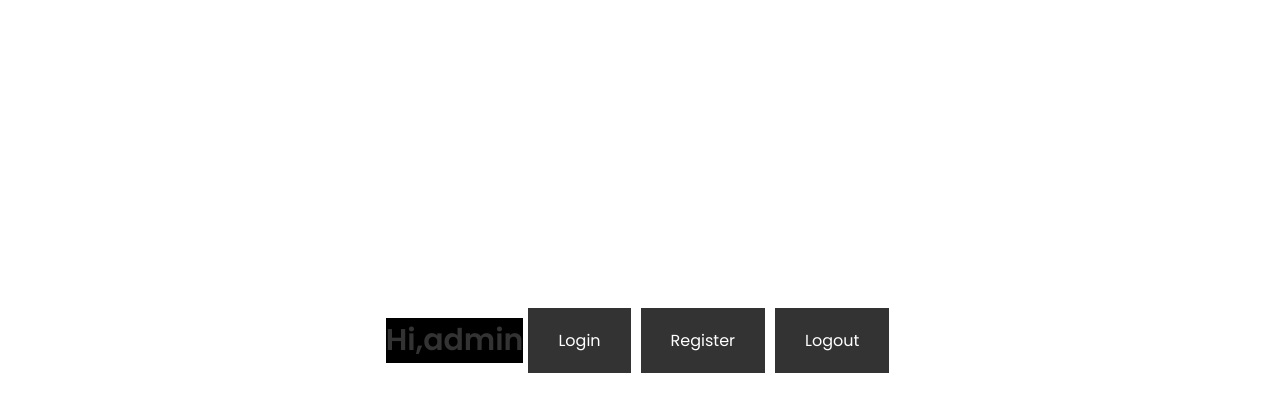
Repository: yennobita/FPT-PHP1
Page: http://localhost/user/admin_page.php
An editor plug-in stored every save of this project. The page is shown before and after the next save, followed by the edit.
The browser window is 1280 px wide. The pictures show the whole page.
The page is run by PHP 8.4 with error messages shown; the project is at /var/www/html/.

Above is the page before, as saved 2022-07-24 19:47:15.

### ASM_PHP1/user/admin_page.php
<!DOCTYPE html>
<html lang="en">
<head>
    <meta charset="UTF-8">
    <meta http-equiv="X-UA-Compatible" content="IE=edge">
    <meta name="viewport" content="width=device-width, initial-scale=1.0">
    <link rel="stylesheet" href="/css/user.css">

    <title>admin</title>
    <style>
        @import url("https://fonts.googleapis.com/css2?family=Poppins:wght@100;200;300;400;500;600&display=swap");
    * {
       font-family: "Poppins", sans-serif;
       margin: 0;
       padding: 0;
       box-sizing: border-box;
       outline: none;
       border: none;
       text-decoration: none;
    }
    .container {
        min-height: 100vh;
        display: flex;
        align-items: center;
        justify-content: center;
        padding: 20px;
        padding-bottom: 60px;
    }
    .container .content {
        text-align: center;

    }
    .container .content h3 {
        font-size: 30px;
        color: #333;

    }
    .container .content .btn {
        padding: 20px 30px;
        display: inline-block;
        background: #333;
        color: #fff;

    }
    .btn {

        padding: 20px 30px;
        display: inline-block;
        background: #333;
        color: #fff;
        margin: 0px 5px;
    }
    .btn:hover {
    background: #fb9a00;
    color: #333;
    }
    </style>
</head>
<body>
    <div class="container">
        <div class="content">
            <h3>Hi,<span>admin</span></h3>
        </div>
        <a href="/user/login_form.php" class="btn">Login</a>
        <a href="/user/register_form.php" class="btn">Register</a>
        <a href="/user/logout.php" class="btn">Logout</a>
    </div>

</body>
</html>

### ASM_PHP1/Css/user.css
@import url("https://fonts.googleapis.com/css2?family=Poppins:wght@100;200;300;400;500;600&display=swap");
* {
  font-family: "Poppins", sans-serif;
  margin: 0;
  padding: 0;
  box-sizing: border-box;
  outline: none;
  border: none;
  text-decoration: none;
}
.container {
  min-height: 100vh;
  display: flex;
  align-items: center;
  justify-content: center;
  padding: 20px;
  padding-bottom: 60px;
}
.container .content {
  text-align: center;
}
.container .content h3 {
  font-size: 30px;
  background-color: #000;
}

After the next save:
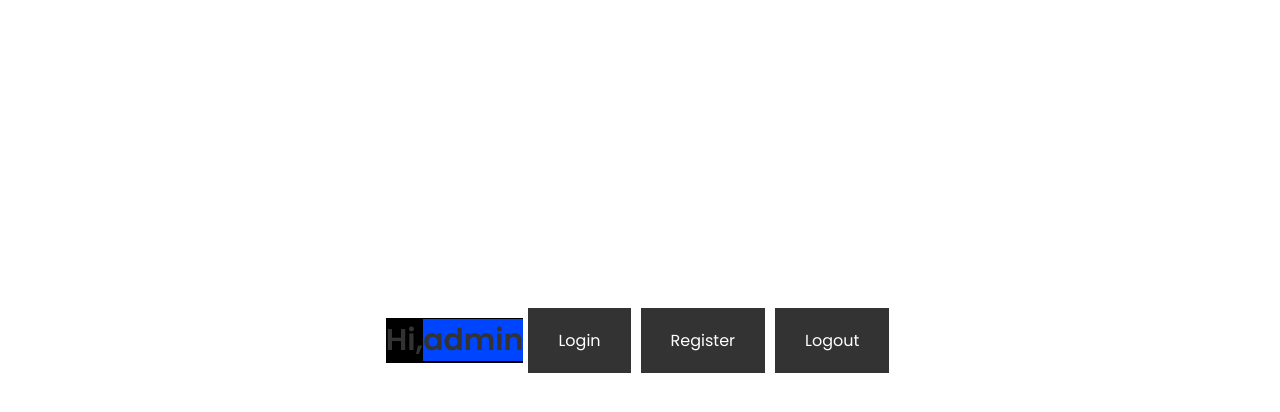
Saved 2 min 20 s later.
--- a/ASM_PHP1/user/admin_page.php
+++ b/ASM_PHP1/user/admin_page.php
@@ -35,6 +35,9 @@
         color: #333;
 
     }
+    .container .content span {
+        background: #0045fe;
+    }
     .container .content .btn {
         padding: 20px 30px;
         display: inline-block;
